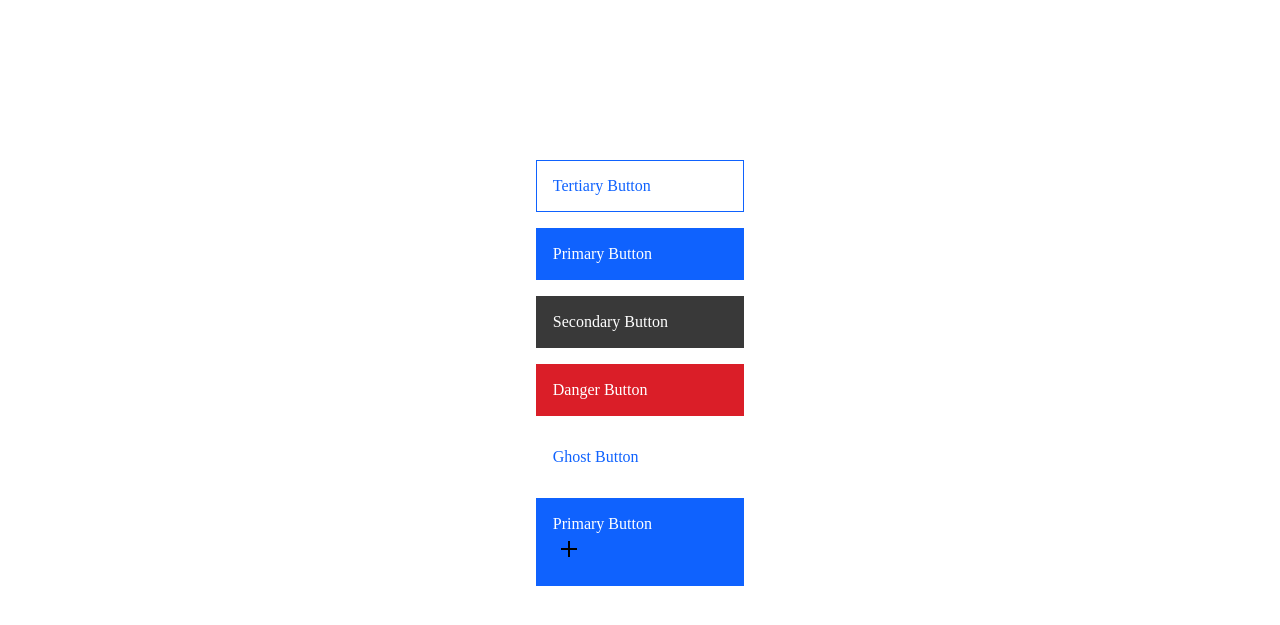
Repository: prav10194/ibm-carbon-components-vanilla
Page: buttons/index.html
The author's editor kept a copy of each file at every save. The page is drawn from the files as they stood at one save, then again after the next save.
The browser window is 1280 px wide. The pictures show the whole page.
Some web fonts or font styles are not loaded; a fallback is used.

Above is the page before, as saved 2020-11-12 20:02:16.

After the next save:
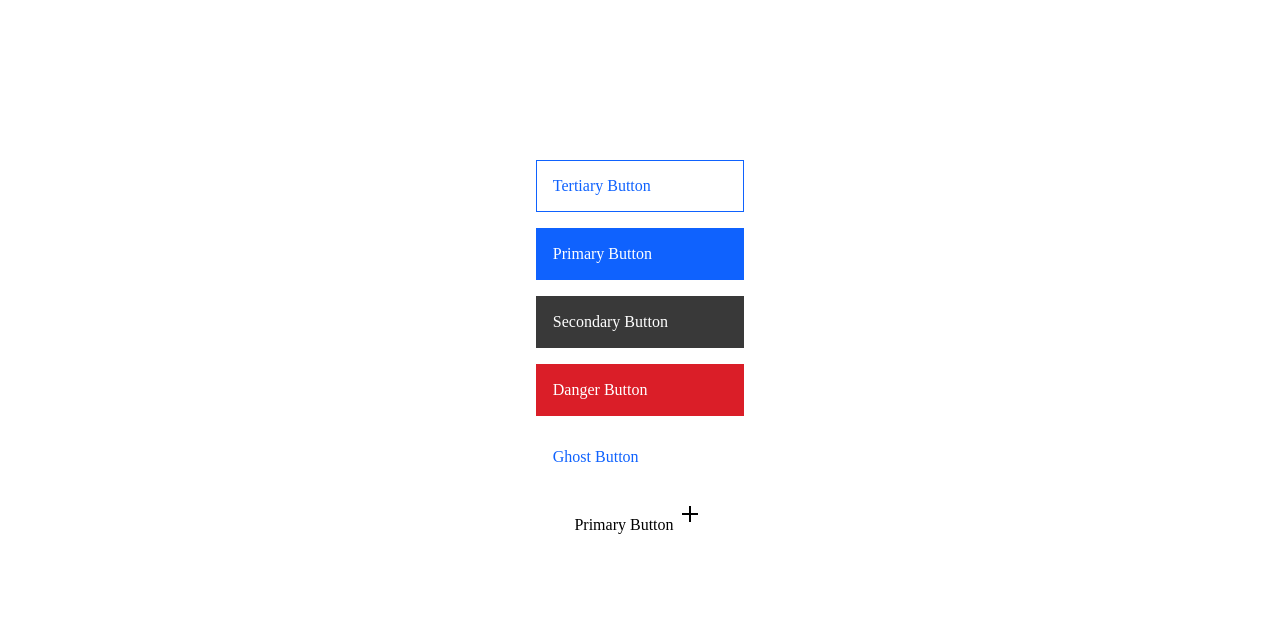
Saved 9 s later.
--- a/buttons/index.html
+++ b/buttons/index.html
@@ -21,7 +21,7 @@
         <div class="secondary-button">Secondary Button</div>
         <div class="danger-button">Danger Button</div>
         <div class="ghost-button">Ghost Button</div>
-        <div class="primary-button">Primary Button<img src="./assets/add.svg" alt="Plus button"></div>
+        <div class="primary-button-with-icon">Primary Button<img src="./assets/add.svg" alt="Plus button"></div>
     </div>
 </body>
 </html>

After the save that followed:
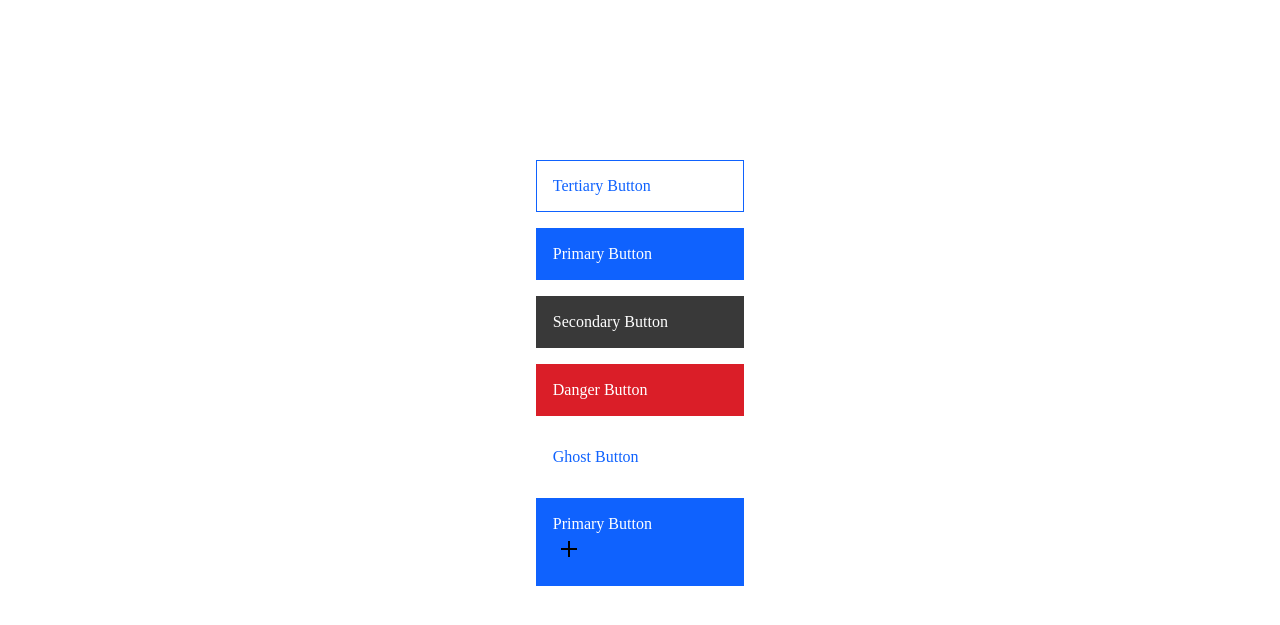
Saved 44 s later.
--- a/buttons/index.css
+++ b/buttons/index.css
@@ -72,3 +72,20 @@
     background-color: #e0e0e0;
     cursor: pointer;
 }
+
+.primary-button-with-icon {
+    font-size: 1rem;
+    border: 1px solid #0f62fe;
+    background-color: #0f62fe;
+    color: white;
+    padding: 1rem 4rem 1rem 1rem;
+    width: 10%;
+    font-family: IBM Plex Sans;
+}
+
+.primary-button-with-icon :hover {
+    /* background-color: #0f62fe; */
+    /* color: white; */
+    background-color: #0d58e4;
+    cursor: pointer;
+}
